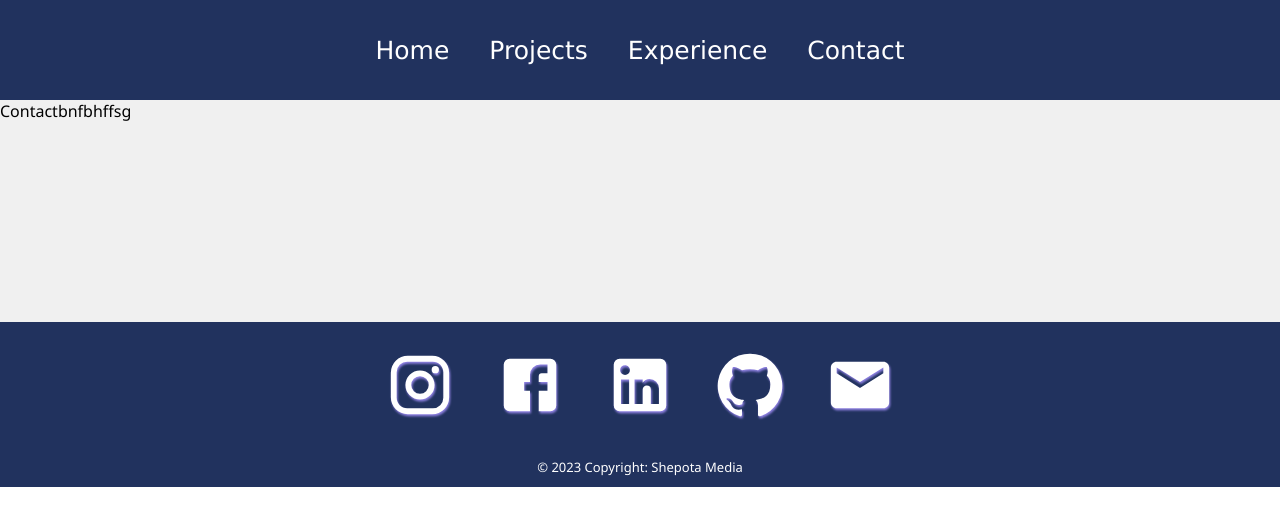
Repository: LolaSL/react-portfolio
Page: /contact
The author's editor kept a copy of each file at every save. The page is drawn from the files as they stood at one save, then again after the next save.
The browser window is 1280 px wide. The pictures show the whole page.
The project was rebuilt for these pictures with package versions that can differ from the ones it lists, and the page was loaded fresh each time. Also part of the build but not shown: src/pages/Home/Style.css, src/pages/Home/Home.jsx, src/components/ProjectItem/ProjectItem.jsx, src/helpers/ProjectList.js, src/pages/Projects/Style.css, src/pages/Projects/Projects.jsx, src/pages/Experience/Style.css, src/pages/Experience/Experience.jsx and 2 more.

Above is the page before, as saved 2023-07-01 19:46:46.

### src/App.js
import './App.css';
import { BrowserRouter as Router, Routes, Route } from 'react-router-dom';
import Home from './pages/Home/Home.jsx';
import Projects from './pages/Projects/Projects.jsx';
import Experience from './pages/Experience/Experience.jsx';
import Navbar from "./components/Navbar/Navbar.jsx";
import Footer from './components/Footer/Footer.jsx';
import ProjectDetail from './pages/ProjectDetail/ProjectDetail';
import Contact from './pages/Contact/Contact';


function App() {
  return (
    <div className="App">
      <Router>
      <Navbar />
        <Routes>
          <Route path="/" element={<Home />} />
          <Route path="/projects" element={<Projects />} />
          <Route path="/project/:id" element={<ProjectDetail />} />
          <Route path="/experience" element={<Experience />} />
          <Route path="/contact" element ={<Contact/>}/>
        </Routes>
        <Footer />
      </Router>
    </div>
  );
}

export default App;

### src/App.css
.App {
  width: 100%;
  height: auto;
  display: flex;
  flex-direction: column;
  font-family:'Segoe UI', Tahoma, Geneva, Verdana, sans-serif;
  background-color: #f0f0f0;
}

body {
  padding: 0;
  margin: 0;
}

### src/components/Navbar/Navbar.jsx
import React, { useEffect, useState } from "react";
import { Link, useLocation } from "react-router-dom";
import DehazeIcon from "@mui/icons-material/Dehaze";
import "./Style.css";

const Navbar = () => {
  const [expandNavbar, setExpandNavbar] = useState(false);
  const location = useLocation();
  useEffect(() => {
    setExpandNavbar(false);
  }, [location]);
  return (
    <div className="navbar" id={expandNavbar ? "open" : "close"}>
      <div className="toggleButton">
        <button
          onClick={() => {
            setExpandNavbar((prev) => !prev);
          }}
        >
          <DehazeIcon />
        </button>
      </div>
      <div className="links">
        <Link to="/"> Home </Link>
        <Link to="/projects"> Projects </Link>
        <Link to="/experience"> Experience </Link>
        <Link to="/contact"> Contact </Link>
      </div>
    </div>
  );
};

export default Navbar;

### src/components/Footer/Footer.jsx
import React from "react";
import InstagramIcon from "@mui/icons-material/Instagram";
import FacebookIcon from "@mui/icons-material/Facebook";
import LinkedInIcon from "@mui/icons-material/LinkedIn";
import GitHubIcon from "@mui/icons-material/GitHub";
import EmailIcon from "@mui/icons-material/Email";
import "./Style.css";

const Footer = () => {
  return (
    <div className="footer">
      <div className="socialMedia">
        <InstagramIcon />
        <FacebookIcon />
        <LinkedInIcon />
        <GitHubIcon />
        <a href="mailto:lolashepota@gmail.com?subject=Mail from my Website">
            <EmailIcon />
          </a>
      </div>
      <div className="copyright">
        <p>&copy; {new Date().getFullYear()} Copyright: Shepota Media</p>
      </div>
    </div>
  );
};

export default Footer;

### src/pages/Contact/Contact.jsx
import React from 'react';
import "./Style.css"

const Contact = () => {
  return (
    <div>Contactbnfbhffsg</div>
  )
}

export default Contact;

### src/components/Navbar/Style.css
.navbar {
  width: 100%;
  height: 100px;
  background: #21325e;
}

.links {
  width: 100%;
  height: 100%;
  display: flex;
  align-items: center;
  justify-content: center;
  color: white;
  /* font-size: 24px; */
}

.navbar a {
  color: white;
  font-family: Verdana, Geneva, Tahoma, sans-serif;
  margin: 20px;
  font-size: 25px;
  text-decoration: none;
}

.toggleButton {
  width: 100%;
  height: 100px;
  display: flex;
  align-items: center;
  justify-content: flex-end;
}

.toggleButton svg {
  font-size: 50px;
}
.toggleButton button {
  margin-right: 20px;
  background-color: transparent;
  border: none;
  color: white;
  cursor: pointer;
}

#open {
  height: 55vh;
}

#open .links {
  flex-direction: column;
  justify-content: flex-start;
  margin-top: 80px;
}

#open a {
  width: 100%;
  text-align: center;
}

@media only screen and (max-width: 900px) {
  .navbar a {
    width: 75px;
  }
}

@media only screen and (max-width: 600px) {
  .toggleButton {
    display: flex;
  }
  #close a {
    display: none;
  }
}

@media only screen and (min-width: 600px) {
  .toggleButton {
    display: none;
  }

  .hiddenLinks {
    display: none;
  }

  #open {
    height: 60px;
  }

  #open .links {
    flex-direction: row;
  }
}

### src/components/Footer/Style.css
.footer {
    width: 100%;
    height: 155px;
    background: #21325e;
    display: flex;
    justify-content: center;
    align-items: center;
    flex-direction: column;
    padding-top: 10px;
    margin-top: 200px;
  }

  .socialMedia svg{
    color: white;
    margin: 20px;
    font-size: 70px;
    cursor: pointer;
  }

p {
    color: white;
    font-size: small;
  }

  @media only screen and (max-width: 600px) {
    .footer svg {
      font-size: 50px;
    }
  }

### src/pages/ProjectDetail/Style.css
.project {
  width: 100%;
  height: calc(100vh - 100px);
  display: flex;
  justify-content: center;
  align-items: center;
  flex-direction: column;
}

.project > h1 {
  margin-bottom: 50px;
  color: #3e497a;
  font-size: 2rem;
}
.project img {
  max-width: 700px;
  border-radius: 10px;
  margin-bottom: 40px;
}

.project h3 {
  font-size: 1rem;
  color: #3e497a;
  padding: 50px;
  text-align: justify;
}
a {
  text-decoration: none;
  color: rgb(11, 37, 185);
  font-weight: lighter;
}
a:hover {
  text-decoration: none;
  color: rgb(188, 188, 24);
  font-weight: bold;
  transition: all ease 0.3s;
  cursor: pointer;
  text-shadow: 0 0 0.625em rgb(203, 211, 56);
}
.project svg {
  font-size: 60px;
  color: #3e497a;
}
.project svg:hover {
  color: #2d2d84;
  cursor: pointer;
}
svg {
  filter: drop-shadow(1px 2px 1px rgb(144, 130, 227));
}
@media only screen and (max-width: 1300px) {
  .project img {
    max-width: 500px;
    border-radius: 8px;
  }
  h1 {
    font-size: 1.8rem;
  }
  h3 {
    font-size: 1.2rem;
  }
}

@media only screen and (max-width: 800px) {
  .project img {
    max-width: 374px;
    border-radius: 6px;
  }
  h1 {
    font-size: 1.5rem;
  }
  h3 {
    font-size: 0.5rem;
  }
}

Loaded but not shown: public/index.html (common file); src/index.js (common file); src/reportWebVitals.js (common file)

After the next save:
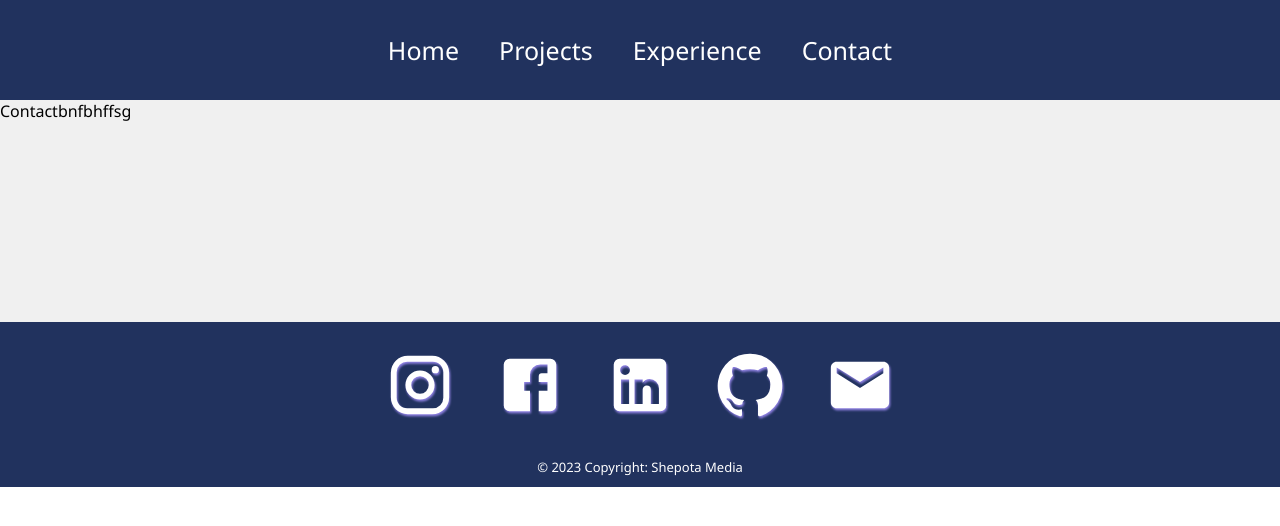
Saved 28 s later.
--- a/src/components/Navbar/Style.css
+++ b/src/components/Navbar/Style.css
@@ -16,7 +16,7 @@
 
 .navbar a {
   color: white;
-  font-family: Verdana, Geneva, Tahoma, sans-serif;
+  /* font-family: Verdana, Geneva, Tahoma, sans-serif; */
   margin: 20px;
   font-size: 25px;
   text-decoration: none;
